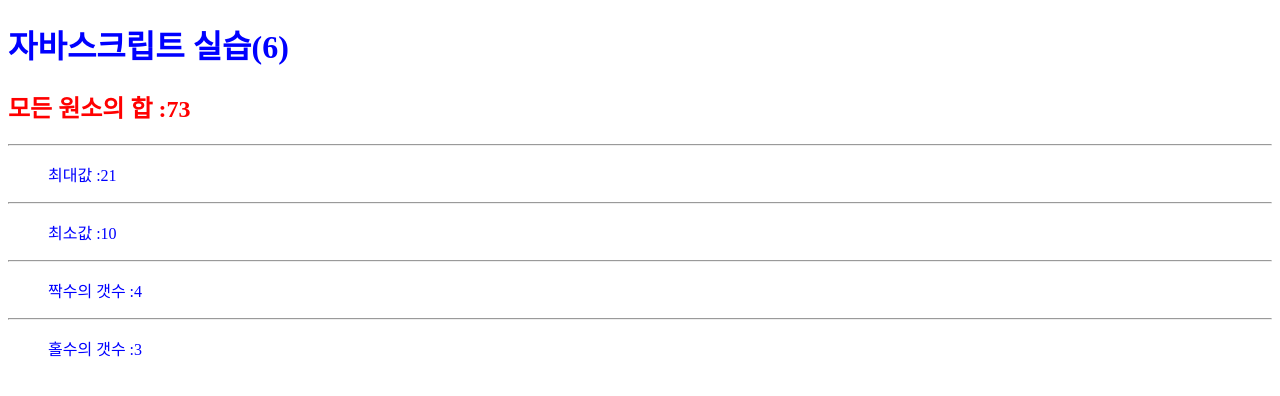
Repository: jhsnex123/web_study
Page: edu/src/main/webapp/jsexam/exercise6.html
An editor plug-in stored every save of this project. The page is shown before and after the next save, followed by the edit.
The browser window is 1280 px wide. The pictures show the whole page.

Above is the page before, as saved 2024-09-23 06:57:46.

### edu/src/main/webapp/jsexam/exercise6.html
<!DOCTYPE html>
<html>
<head>
<meta charset="UTF-8">
<title>Insert title here</title>
</head>
<body>
	<!-- [ 실습 2 ]

소스명 : exercise6.html
다음에서 제시된 기능들을 자바스크립트로 구현하시오.

(1) util.js 에 정의된 함수를 사용은 선택이다.

(2) 웹 페이지의 제목을 <h1> 태그와 함께 "자바스크립트 실습(6)" 이라고 원하는 칼라로 출력한다.

(3) 다음에 제시된 함수들을 구현한다.(for each 문 사용)

	getMaxValue()
	getMinValue()
	getSum()
	getCountOddNum()
	getCountEvenNum()

(4) 다음 값들을 저장하여 배열을 생성한다.

   	10, 5, 7,21, 4, 8, 18

(5) 배열을 아규먼트로 전달하면서 getSum() 을 호출하고 리턴 결과를 <h2> 태그와 함께 출력한다.

      모든 원소의 합 : XX

(6) 최대값과 최소값, 짝수의 갯수 그리고 홀수의 갯수를 각각의 함수를 호출하여 리턴받아 순서없는
     리스트 형식(<ul>)으로 출력한다.

    - 최대값 : XX
    - 최소값 : XX
    - 짝수의 갯수 : XX
    - 홀수의 갯수 : XX

(7) <h1> 태그의 텍스트는 파란색으로, <h2> 태그의 텍스트는 빨간색으로 출력한다.
     또한 순서없는 리스트의 블렛을 서클로 처리한다. -->

	<script src="util.js"></script>
	<script>
	 writeColor('자바스크립트 실습(6)', 'h1', 'blue');

	 function getMaxValue(ary){
		 var max = ary[0];
		ary.forEach(function(num){
			if(num>max){
				max=num;
			}
		});
		return max;
	 }
	 function getMinValue(ary){
		 var min = ary[0];
		 ary.forEach(function(num){
			 if(min>num){
				 mim=num;
			 }
		 });
		 return min;
	 }

	 function getSum(ary){
		var sum = 0;
		ary.forEach(function(num){
			sum = sum+num;
		});
		return sum;
	 }
	 function getCountOddNum(ary){
		 var count = 0;
		 ary.forEach(function(num){
			if(num % 2 !== 0){
				count = count+1;
			}
	 });
		 return count;
	 }
	 function getCountEvenNum(ary){
		 var count = 0;
		 ary.forEach(function(num){
			if(num % 2 === 0){
				count = count+1;
			}
	 });
		 return count;
	 }

	 var ary = [10, 5, 7, 21, 4, 8, 18];

     var numSum = getSum(ary);
     var numMax = getMaxValue(ary);
     var numMin = getMinValue(ary);
     var numOdd = getCountOddNum(ary);
     var numEven = getCountEvenNum(ary);

     writeColor('모든 원소의 합 :'+numSum, 'h2', 'red');
     hr();
     writeColor('최대값 :'+numMax, 'ul', 'blue');
     hr();
     writeColor('최소값 :'+numMin, 'ul', 'blue');
     hr();
     writeColor('짝수의 갯수 :'+numEven, 'ul', 'blue');
     hr();
     writeColor('홀수의 갯수 :'+numOdd, 'ul', 'blue');
     </script>
</body>
</html>

### edu/src/main/webapp/jsexam/util.js
function write(content, tag) {
	document.write("<"+tag+">"+content+"</"+tag+">");
}
function hr() {
	document.write("<hr>");
}
function writeColor(content, tag, color) {
	document.write("<"+tag+" style='color:"+color+"'>"+
			  content+"</"+tag+">");
}
function writeNewLine(content) {
	document.write(content+"<br>");
}

After the next save:
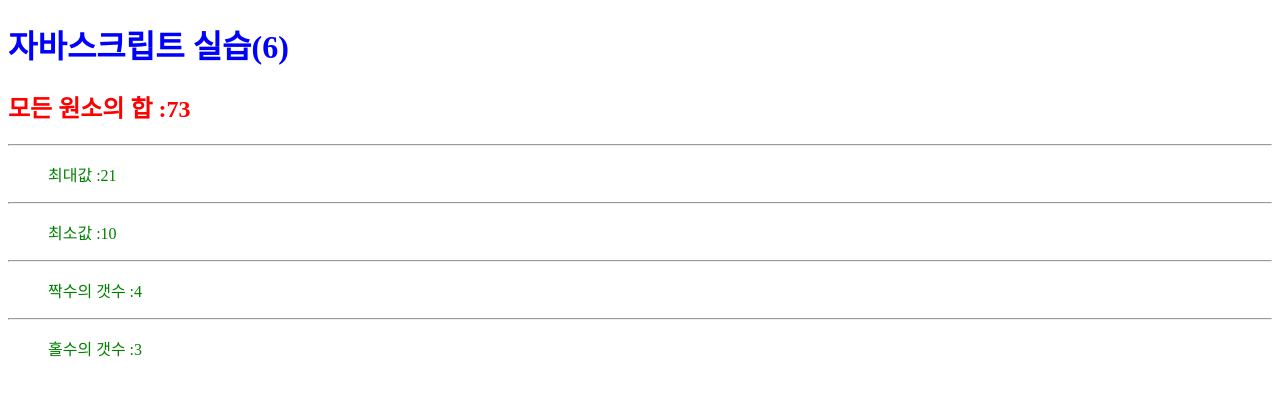
Saved 20 s later.
--- a/edu/src/main/webapp/jsexam/exercise6.html
+++ b/edu/src/main/webapp/jsexam/exercise6.html
@@ -100,13 +100,13 @@
 
      writeColor('모든 원소의 합 :'+numSum, 'h2', 'red');
      hr();
-     writeColor('최대값 :'+numMax, 'ul', 'blue');
+     writeColor('최대값 :'+numMax, 'ul', 'green');
      hr();
-     writeColor('최소값 :'+numMin, 'ul', 'blue');
+     writeColor('최소값 :'+numMin, 'ul', 'green');
      hr();
-     writeColor('짝수의 갯수 :'+numEven, 'ul', 'blue');
+     writeColor('짝수의 갯수 :'+numEven, 'ul', 'green');
      hr();
-     writeColor('홀수의 갯수 :'+numOdd, 'ul', 'blue');
+     writeColor('홀수의 갯수 :'+numOdd, 'ul', 'green');
      </script>
 </body>
 </html>
